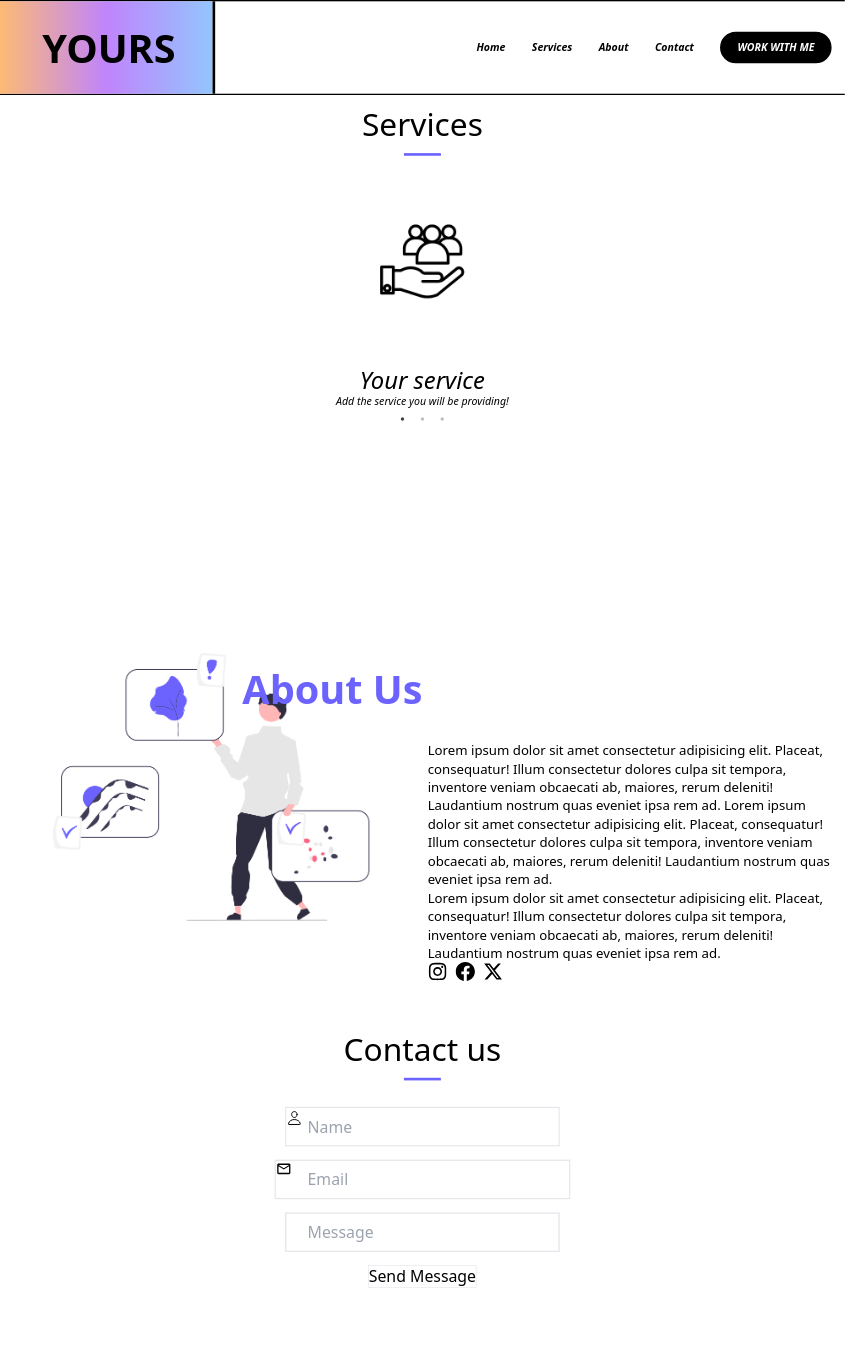
Repository: Al123Kudayyd/eportfolio
Page: /
The author's editor kept a copy of each file at every save. The page is drawn from the files as they stood at one save, then again after a run of saves.
The browser window is 1280 px wide. The page is 1305 px wide, so the pictures cover 1305 px, including what lies to the right of the window. The pictures show the whole page, at 66% of full size.
The project was rebuilt for these pictures with package versions that can differ from the ones it lists, and the page was loaded fresh each time. Also part of the build but not shown: src/components/AboutService.jsx.

Above is the page before, as saved 2024-02-27 11:10:41.

### src/App.js
import logo from './logo.svg';
import './App.css';
import Nav from './components/Nav';
import Services from './components/Services';
import About from './components/About';
import Contact from './components/Contact';

function App() {
  return (
    <div className="App">
      <Nav />
      <Services />
      <About />
      <Contact />
    </div>
  );
}

export default App;

### src/components/Nav.jsx
import React from 'react'

function Nav() {
  return (
    <div className=' border-y-2 border-black sticky top-0 z-10'>
        <div className='flex justify-between'>
            <h1 className='font-bold py-10 pl-16 lg:text-6xl text-4xl border-r-4 pr-14 border-black bg-gradient-to-r from-orange-300 via-purple-400 to-blue-300'>YOURS</h1>
            <ul className='italic hidden lg:flex justify-center items-center space-x-10 cursor-pointer mx-5 text-md font-semibold transp'>
                <li className='hover:text-gray-500 transition-all duration-300 '>Home</li>
                <li className='hover:text-gray-500 transition-all duration-300'>Services</li>
                <li className='hover:text-gray-500 transition-all duration-300'>About</li>
                <li className='hover:text-gray-500 transition-all duration-300'>Contact</li>
                <li className='bg-black text-white px-6 py-[10px] border-2 border-black hover:bg-white rounded-3xl
                hover:text-black transition-all duration-300'>
                    WORK WITH ME
                </li>
            </ul>
        </div>
    </div>
  )
}

export default Nav

### src/components/Services.jsx
import React from 'react'
import "slick-carousel/slick/slick.css";
import "slick-carousel/slick/slick-theme.css";
import Slider from "react-slick";
import service from '../assests/service.png'
import service1 from '../assests/service1.png'
import service2 from '../assests/service2.png'

function Services() {
  var settings = {
    dots: true,
    infinite: true,
    speed: 500,
    slidesToShow: 1,
    slidesToScroll: 1,
  };

  return (
    <div className=''>
        <h1 className='text-5xl py-5'>Services</h1>
        <div className='h-1 flex justify-center m-auto w-14 bg-[#6C63FF] text-center'></div>
        <div className='min-h-[400px] lg:min-h-[700px] text-center '>
        <Slider className='text-black  italic' {...settings}>
      <div className='relative'>
        <img src={service} className='w-1/4 translate-x-[150%]' alt="" />
        <h1 className='text-xl lg:text-4xl'>Your service</h1>
        <p className='text-md'>Add the service you will be providing!</p>
      </div>
      <div>
        <img src={service1} className='w-1/4 translate-x-[150%]' alt="" />
        <h3 className='text-xl lg:text-4xl'>Your Serivce</h3>
        <p className='text-md'>Add the service you will be providing!</p>
      </div>
      <div>
        <img src={service2} className='w-1/4 translate-x-[150%]' alt="" />
        <h3 className='text-xl lg:text-4xl'>Your Serivce</h3>
        <p className='text-md'>Add the service you will be providing!</p>
      </div>
      </Slider>
        </div>
    </div>
  )
}

export default Services

### src/components/About.jsx
import AboutService from './AboutService'
import { IoPersonOutline } from "react-icons/io5";
import { MdOutlineEmail } from "react-icons/md";
import { IoCheckmarkOutline } from "react-icons/io5";
import about from '../assests/about.png'
import { FaInstagram, FaFacebook} from "react-icons/fa";
import { FaXTwitter } from "react-icons/fa6";

function About() {
  return (
    <div className='relative '>
      <div className='lg:flex'>
        <img src={about} className='w-[100%] lg:w-[50%]' />
        <h1 className='text-3xl lg:text-6xl font-semibold text-[#6C63FF] absolute top-[15%] right-[2%] lg:top-[15%] lg:right-[50%]'>About Us</h1>
        <div className=''>
          <p className='absolute lg:top-[35%] lg:w-1/2 text-left p-6 lg:p-2 text-xl'>Lorem ipsum dolor sit amet consectetur adipisicing elit. Placeat, consequatur! Illum consectetur dolores culpa sit tempora, inventore veniam obcaecati ab, maiores, rerum deleniti! Laudantium nostrum quas eveniet ipsa rem ad.
          Lorem ipsum dolor sit amet consectetur adipisicing elit. Placeat, consequatur! Illum consectetur dolores culpa sit tempora, inventore veniam obcaecati ab, maiores, rerum deleniti! Laudantium nostrum quas eveniet ipsa rem ad.
          <br />
          Lorem ipsum dolor sit amet consectetur adipisicing elit. Placeat, consequatur! Illum consectetur dolores culpa sit tempora, inventore veniam obcaecati ab, maiores, rerum deleniti! Laudantium nostrum quas eveniet ipsa rem ad.
          </p>
          <div className='absolute lg:top-[100%] cursor-pointer top-[310%] p-6 flex justify-center items-center space-x-3 lg:left-[50%] text-3xl lg:p-2'>
            <a href=""><FaInstagram /></a>
            <a href=""><FaFacebook /></a>
            <a href=""><FaXTwitter /></a>
          </div>
        </div>
      </div>
    </div>
  )
}

export default About

### src/components/Contact.jsx
import React from 'react'
import { IoPersonOutline } from "react-icons/io5";
import { MdOutlineEmail } from "react-icons/md";

function Contact() {
  return (
    <div className='my-24'>
        <h1 className='text-5xl py-5'>Contact us</h1>
        <div className='h-1 flex justify-center m-auto w-14 bg-[#6C63FF] text-center'></div>
        <div className='my-10'>
            <form className='flex flex-col items-center relative text-2xl space-y-5'>
                <div className='realtive border-2'>
                    <input type="text" placeholder='Name' className='px-8 py-3' />
                    <IoPersonOutline className='absolute top-[2%]' />
                </div>
                <div className='realtive border-2'>
                    <input type="email" placeholder='Email' className='px-12 py-3' />
                    <MdOutlineEmail className='absolute top-[30%]' />
                </div>
                <input type="text" className='border-2 px-8 py-3' placeholder='Message' />
                <button type='submit' className='border'>Send Message</button>
            </form>
        </div>
    </div>
  )
}

export default Contact

### tailwind.config.js
/** @type {import('tailwindcss').Config} */
module.exports = {
  content: [
    "./src/App.js.{js,jsx,ts,tsx}",
    "./src/components/Nav.{js,jsx,ts,tsx}",
    "./src/components/Services.{js,jsx,ts,tsx}",
    "./src/components/About.{js,jsx,ts,tsx}",
    "./src/components/AboutService.{js,jsx,ts,tsx}",
    "./src/components/Contact.{js,jsx,ts,tsx}"
],
  theme: {
    extend: {},
  },
  plugins: [],
}

Loaded but not shown: public/index.html (common file); src/index.js (common file); src/index.css (common file); src/reportWebVitals.js (common file); src/App.css (common file)

After the next 2 saves:
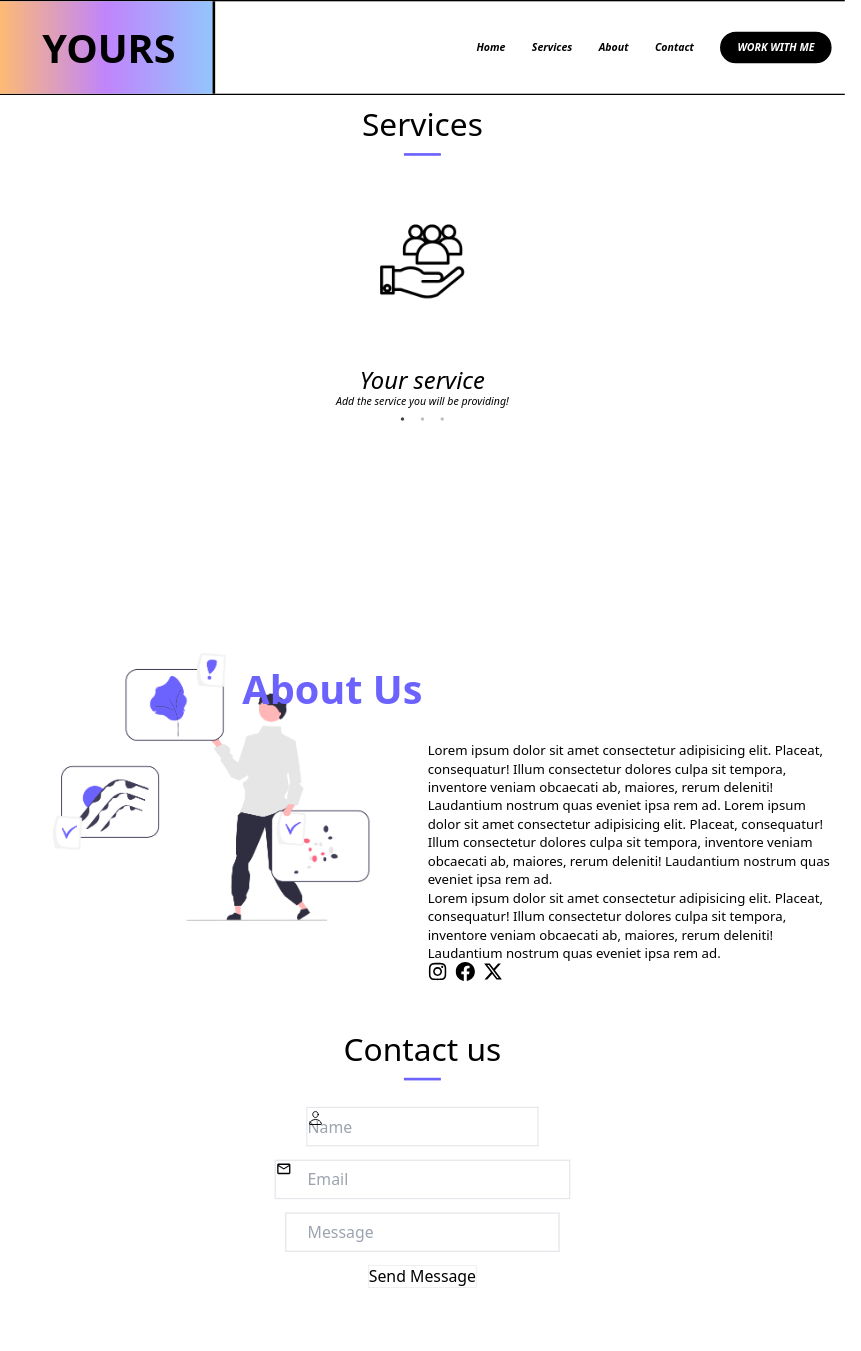
The 2 saves are shown as one change because they came seconds apart.
The last was saved 6 s later.
--- a/src/components/Contact.jsx
+++ b/src/components/Contact.jsx
@@ -10,7 +10,7 @@
         <div className='my-10'>
             <form className='flex flex-col items-center relative text-2xl space-y-5'>
                 <div className='realtive border-2'>
-                    <input type="text" placeholder='Name' className='px-8 py-3' />
+                    <input type="text" placeholder='Name' className='px-[] py-3' />
                     <IoPersonOutline className='absolute top-[2%]' />
                 </div>
                 <div className='realtive border-2'>
